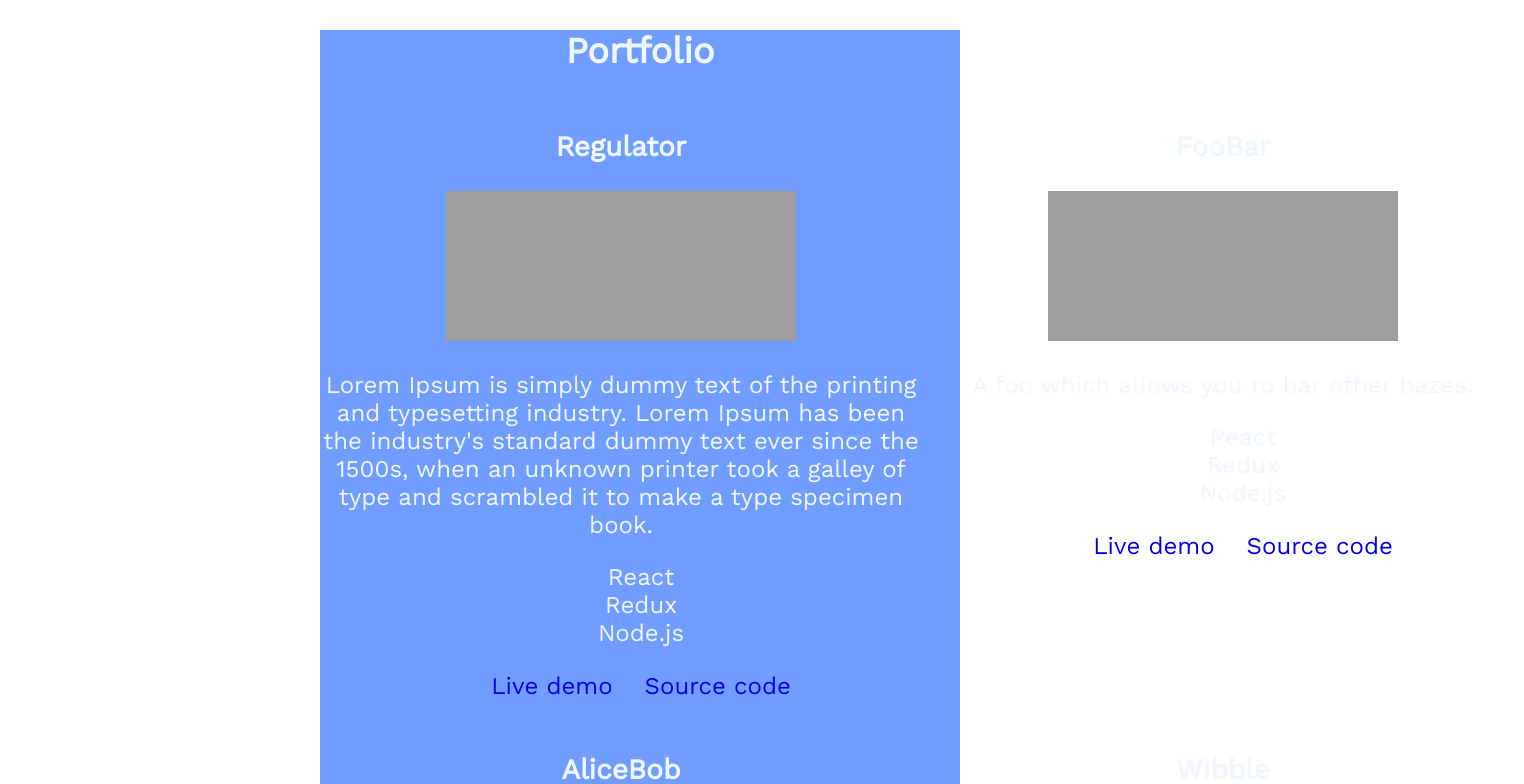
Repository: BAAMOSK/my-portfolio
Page: index.html
These files come from the project's save history. The page is drawn as it stood at one moment and after the next save; the edit follows.
The browser window is 1280 px wide. The page is 1524 px wide, then 1280 px, so the pictures cover 1524 px, including what lies to the right of the window. The pictures show the part of the page from y = 0 to 784 px (the page is 1236 px tall before and 720 px after).
Pictures or frames that could not be fetched are drawn as grey boxes. Some web libraries are served in a nearby version.

Above is the page before, as saved 2017-06-06 23:34:34.

After the next save:
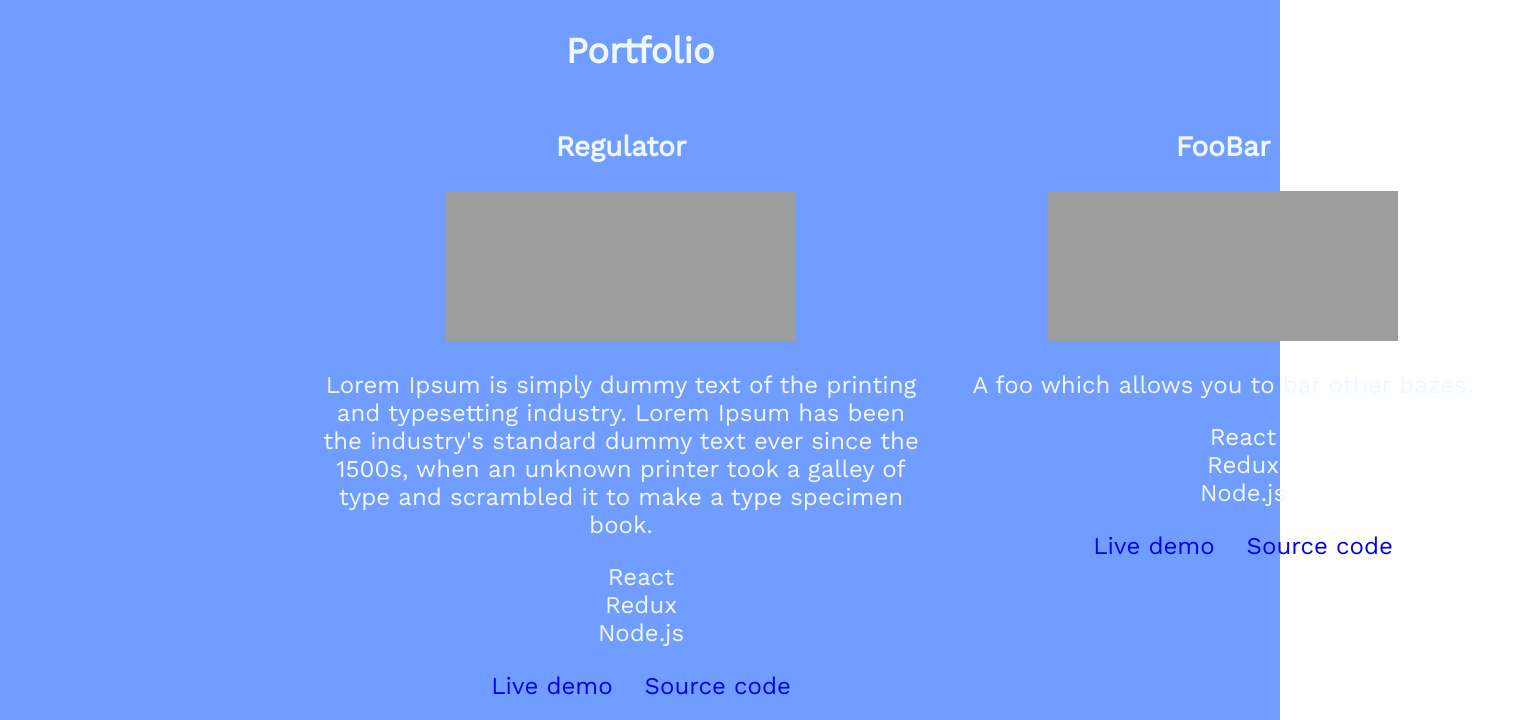
Saved 74 s later.
--- a/styles.css
+++ b/styles.css
@@ -19,7 +19,10 @@
 	background: #765BE8;
 }
 
-.work {
+.work-bg {
+	position: fixed;
+	height: 100%;
+	width: 100%;
 	background: #709DFF;
 }
 
